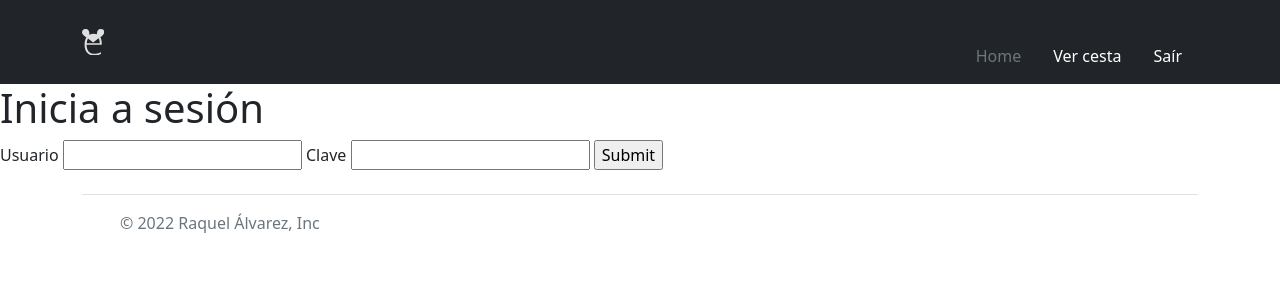
Repository: RaquelAlvarezz/pedidos
Page: http://localhost/login.php
These files come from the project's save history. The page is drawn as it stood at one moment and after the next save; the edit follows.
The browser window is 1280 px wide. The pictures show the whole page.
The page is run by PHP 8.4 with error messages shown; the project is at /var/www/html/.

Above is the page before, as saved 2022-02-17 08:24:11.

### login.php
<?php
require_once 'bd.php';
// formulario de login habitual. Si va bien abre la sesión, guarda el nombre de usuario
//  y redirige a principal.php. Si va mal, mensaje de error

if ($_SERVER["REQUEST_METHOD"] == "POST") {
$usu = comprobar_usuario($_POST['usuario'], $_POST['clave']);
if($usu===FALSE){
    $err = TRUE;
    $usuario = $_POST['usuario'];
    }else{
        session_start();
        // $usu tiene campos correo y codRes, correo
        $_SESSION['usuario'] = $usu;
        $_SESSION['carrito'] = [];
        header("Location: categorias.php");
        return;
    }
}
?>

<!DOCTYPE html>
<html lang="es">
<head>
    <meta charset="UTF-8">
    <meta name="viewport" content="width=device-width, initial-scale=1.0">
    <link href="https://cdn.jsdelivr.net/npm/bootstrap@5.1.3/dist/css/bootstrap.min.css" rel="stylesheet" integrity="sha384-1BmE4kWBq78iYhFldvKuhfTAU6auU8tT94WrHftjDbrCEXSU1oBoqyl2QvZ6jIW3" crossorigin="anonymous">
    <script src="src/components/header.js"></script>
    <script src="src/components/footer.js"></script>
    <title>Formulario de login</title>

</head>
<header-component></header-component>
<body>
<h1>Inicia a sesión</h1>

<?php if (isset($_GET["redirigido"])){
    echo "<p>Haga login para continuar</p>";
} ?>
<?php if (isset($err) and $err == TRUE){
    echo "<p>Revise usuario y contraseña</p>";
}?>
<form action="<?php echo htmlspecialchars($_SERVER["PHP_SELF"]); ?>" method="POST">
    <label for="usuario">Usuario</label>
    <input value = "<?php if(isset($usuario))echo $usuario;?>"
    id="usuario" name="usuario" type="text">
    <label for = "clave">Clave</label>
    <input id="clave" name="clave" type="password">
    <input type="submit">
</form>
<footer-component></footer-component>
</body>
</html>

### bd.php
<?php

// sin codigo
function leer_config($nombre, $esquema){
    $config = new DOMDocument();
    $config->load($nombre);
    $res = $config->schemaValidate($esquema);
    if($res===FALSE){
        throw new InvalidArgumentException("Revise fichero de configuración.");
    }
    $datos = simplexml_load_file($nombre);
    $ip = $datos->xpath("//ip");
    $nombre = $datos->xpath("//nombre");
    $usu = $datos->xpath("//usuario");
    $clave = $datos->xpath("//clave");
    $cad = sprintf("mysql:dbname=%s;host=%s", $nombre[0], $ip[0]);
    $resul = [];
    $resul[] = $cad;
    $resul[] = $usu[0];
    $resul[] = $clave[0];
    return $resul;
};

// sin codigo
function comprobar_usuario($nombre, $clave){
    $res = leer_config(dirname(__FILE__)."/configuracion.xml", dirname(__FILE__)."/configuracion.xsd");
    $bd = new PDO($res[0], $res[1], $res[2]);
    $ins = "select codRes, correo from restaurantes where correo = '$nombre' and clave = '$clave'";
    $resul = $bd->query($ins);
    if($resul->rowCount() === 1){
        return $resul->fetch();
    } else {
        return FALSE;
    }
}

function cargar_categorias(){
    $res = leer_config(dirname(__FILE__)."/configuracion.xml", dirname(__FILE__)."/configuracion.xsd");
    $bd = new PDO($res[0], $res[1], $res[2]);
    $ins = "select codCat, nombre from categorias";
    $resul = $bd->query($ins);
    if(!$resul){
        return FALSE;
    }
    if($resul->rowCount() === 0){
        return FALSE;
    }
    // si hay 1 o más
    return $resul;
}

// sin codigo
function cargar_categoria($codCat){
    $res = leer_config(dirname(__FILE__)."/configuracion.xml", dirname(__FILE__)."/configuracion.xsd");
    $bd = new PDO($res[0], $res[1], $res[2]);
    $ins = "select codCat, nombre, descripcion from categorias where codcat = $codCat";
    $resul = $bd->query($ins);
    if(!$resul){
        return FALSE;
    }
    if($resul->rowCount() === 0){
        return FALSE;
    }
    // si hay 1 o más
    return $resul->fetch();
}

// sin codigo
function cargar_productos_categoria($codCat){
    $res = leer_config(dirname(__FILE__)."/configuracion.xml", dirname(__FILE__)."/configuracion.xsd");
    $bd = new PDO($res[0], $res[1], $res[2]);
    $sql = "select * from productos where categoria = $codCat";
    $resul = $bd->query($sql);
    if(!$resul){
        return FALSE;
    }
    if($resul->rowCount() === 0){
        return FALSE;
    }
    // si hay 1 o más
    return $resul;
}

// recibe un array de códigos de productos
// devuelve un cursor con los datos de esos productos
function cargar_productos($codigosProductos){
    $res = leer_config(dirname(__FILE__)."/configuracion.xml", dirname(__FILE__)."/configuracion.xsd");
    $bd = new PDO($res[0], $res[1], $res[2]);
    $texto_in = implode(",", $codigosProductos);
    $ins = "select * from productos where codProd in($texto_in)";
    $resul = $bd->query($ins);
    if(!$resul){
        return FALSE;
    }
    return $resul;
}

function insertar_pedido($carrito, $codRes){
    $res = leer_config(dirname(__FILE__)."/configuracion.xml", dirname(__FILE__)."/configuracion.xsd");
    $bd = new PDO($res[0], $res[1], $res[2]);
    $bd->beginTransaction();
    $hora = date("Y-m-d H:i:s", time());

    // insertar el pedido
    $sql = "insert into pedidos (fecha, enviado, restaurante) values ('$hora', '0', '$codRes')";
    $resul = $bd->query($sql);
    if(!$resul){
        return FALSE;
    }

    // coger el id del nuevo pedido para las filas detalle
    $pedido = $bd->lastInsertId();
    // insertar las filas en pedidoproductos
    foreach($carrito as $codProd=>$unidades){
        $sql = "insert into pedidosproductos(Pedido, Producto, Unidades)
                     values( $pedido, $codProd, $unidades)";
         $resul = $bd->query($sql);
        if (!$resul) {
            $bd->rollback();
            return FALSE;
        }
    }
    $bd->commit();
    return $pedido;
}

?>

### src/components/header.js
class Header extends HTMLElement {
    constructor() {
      super();
    }

    connectedCallback() {
        this.innerHTML = `
        <header>
        <div class="px-3 py-2 bg-dark text-white">
          <div class="container">
            <div class="d-flex flex-wrap align-items-center justify-content-center justify-content-lg-start">
              <a href="/" class="d-flex align-items-center my-0 my-lg-0 me-lg-auto text-white text-decoration-none">
                <svg xmlns="http://www.w3.org/2000/svg" width="22.26" height="26.46">
					<path d="M18.9 0c-1.32 0-2.34.42-2.94 1.26-.66.9-1.02 2.16-1.02 3.9v.12c-.96-.42-2.04-.6-3.18-.6-1.56 0-2.94.36-4.2.96h-.18v-.48c0-1.74-.3-3-.96-3.84S4.8.06 3.48.06C2.34 0 1.56.36.9.96.3 1.62 0 2.46 0 3.6c0 1.44 1.44 3.06 4.38 4.98-1.2 1.92-1.8 4.26-1.8 7.14 0 3.42.84 6.06 2.58 7.92s4.08 2.82 7.14 2.82c1.2 0 2.34-.12 3.36-.3s2.1-.54 3.3-1.08v-1.74c-1.38.54-2.52.9-3.48 1.08-.9.18-1.98.24-3.18.24-2.46 0-4.38-.78-5.7-2.28s-1.98-3.72-2.04-6.6h15.18v-1.56c0-2.4-.48-4.38-1.44-6 2.64-1.8 3.96-3.36 3.96-4.74 0-1.14-.3-1.98-.9-2.64C20.76.36 19.98 0 18.9 0zM4.74 14.16c.12-1.8.6-3.36 1.26-4.56l1.62 1.14c1.38.96 2.58 1.92 3.54 2.82l3.54-2.82 2.04-1.38c.66 1.26 1.02 2.88 1.02 4.8z" fill="#dfdfdf"></path></svg></a>

              <ul class="nav col-12 col-lg-auto my-2 justify-content-center my-md-0 text-small">
                <li>
                  <a href="categorias.php" class="nav-link text-secondary">
                    <svg class="bi d-block mx-auto mb-1" width="24" height="24"><use xlink:href="#home"></use></svg>
                    Home
                  </a>
                </li>
                <li>
                  <a href="carrito.php" class="nav-link text-white">
                    <svg class="bi d-block mx-auto mb-1" width="24" height="24"><use xlink:href="#speedometer2"></use></svg>
                    Ver cesta
                  </a>
                </li>
                <li>
                  <a href="logout.php" class="nav-link text-white">
                    <svg class="bi d-block mx-auto mb-1" width="24" height="24"><use xlink:href="#table"></use></svg>
                    Saír
                  </a>
                </li>

              </ul>
            </div>
          </div>
        </div>

      </header>
        `;
      }
    }

    customElements.define('header-component', Header);

### src/components/footer.js
class Footer extends HTMLElement {
    constructor() {
      super();
    }

    connectedCallback() {
        this.innerHTML = `
        <div class="container mb-0 mt-6">
  <footer class="d-flex flex-wrap justify-content-between align-items-center py-3 my-4 border-top">
    <div class="col-md-4 d-flex align-items-center">
      <a href="/" class="mb-3 me-2 mb-md-0 text-muted text-decoration-none lh-1">
        <svg class="bi" width="30" height="24"><use xlink:href="#bootstrap"></use></svg>
      </a>
      <span class="text-muted">© 2022 Raquel Álvarez, Inc</span>
    </div>

    <ul class="nav col-md-4 justify-content-end list-unstyled d-flex">
      <li class="ms-3"><a class="text-muted" href="#"><i class="bi bi-twitter"></i></a></li>
      <li class="ms-3"><a class="text-muted" href="#"><i class="bi bi-facebook"></i></a></li>
      <li class="ms-3"><a class="text-muted" href="#"><i class="bi bi-instagram"></i></a></li>
      <!--li><svg xmlns="http://www.w3.org/2000/svg" width="32" height="32" fill="currentColor" class="bi bi-chevron-right" viewBox="0 0 16 16"><path fill-rule="evenodd" d="M4.646 1.646a.5.5 0 0 1 .708 0l6 6a.5.5 0 0 1 0 .708l-6 6a.5.5 0 0 1-.708-.708L10.293 8 4.646 2.354a.5.5 0 0 1 0-.708z"/></svg><li>
      <li><svg xmlns="http://www.w3.org/2000/svg" width="16" height="16" fill="currentColor" class="bi bi-facebook" viewBox="0 0 16 16">
      <path d="M16 8.049c0-4.446-3.582-8.05-8-8.05C3.58 0-.002 3.603-.002 8.05c0 4.017 2.926 7.347 6.75 7.951v-5.625h-2.03V8.05H6.75V6.275c0-2.017 1.195-3.131 3.022-3.131.876 0 1.791.157 1.791.157v1.98h-1.009c-.993 0-1.303.621-1.303 1.258v1.51h2.218l-.354 2.326H9.25V16c3.824-.604 6.75-3.934 6.75-7.951z"/>
    </svg></li-->
    </ul>
  </footer>
</div>
        `;
      }
    }

    customElements.define('footer-component', Footer);

After the next save:
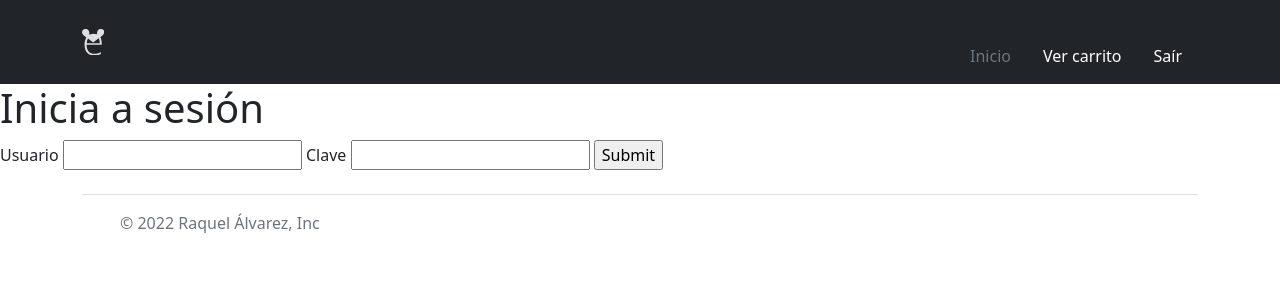
Saved 55 s later.
--- a/src/components/header.js
+++ b/src/components/header.js
@@ -17,13 +17,13 @@ class Header extends HTMLElement {
                 <li>
                   <a href="categorias.php" class="nav-link text-secondary">
                     <svg class="bi d-block mx-auto mb-1" width="24" height="24"><use xlink:href="#home"></use></svg>
-                    Home
+                    Inicio
                   </a>
                 </li>
                 <li>
                   <a href="carrito.php" class="nav-link text-white">
                     <svg class="bi d-block mx-auto mb-1" width="24" height="24"><use xlink:href="#speedometer2"></use></svg>
-                    Ver cesta
+                    Ver carrito
                   </a>
                 </li>
                 <li>
